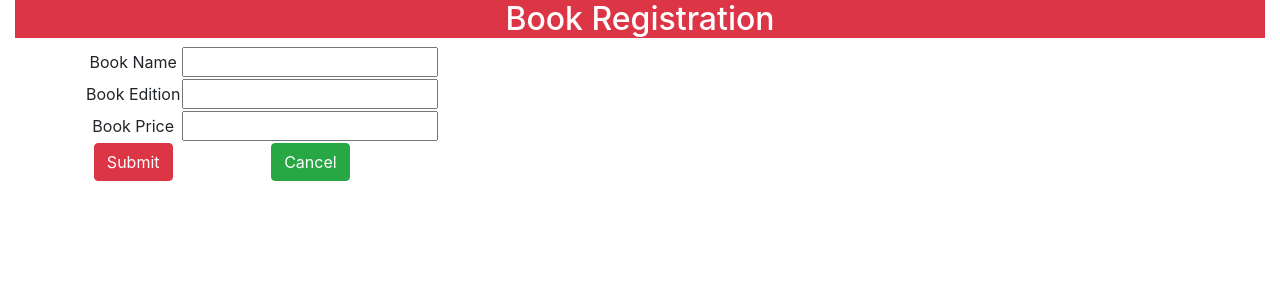
Repository: meriam0000/servlet
Page: BookWebApp/src/main/webapp/Home.html
An editor plug-in stored every save of this project. The page is shown before and after the next save, followed by the edit.
The browser window is 1280 px wide. The pictures show the whole page.

Above is the page before, as saved 2024-02-12 20:32:52.

### BookWebApp/src/main/webapp/Home.html
<!DOCTYPE html>
<html>
<head>
<meta charset="UTF-8">
<title>Book Registration</title>
<link rel="stylesheet"  href="css/bootstrap.css ">
</head>
<body class="container-fluid">
<h2 class="bg-danger text-white text-center">Book Registration </h2>
<form action="register" method="post" class="container text-center">
<table>
<tr>
<td>
Book Name

</td>
<td>
<input type="text" name="bookName">
</td>
</tr>
<tr>
<td>
Book Edition
</td>
<td>
<input type="text" name="bookEdition">
</td>
</tr>

<tr>
<td>
Book Price
</td>
<td>
<input type="text" name="bookPrice">
</td>
</tr>

<tr>
<td><button type ="submit"  class="btn btn-danger"> Submit</button></td>
<td><button type="reset" class="btn btn-success" > Cancel</button></td>
</tr>

</table>


</form>
</body>
</html>

Loaded but not shown: BookWebApp/src/main/webapp/css/bootstrap.css (library)

After the next save:
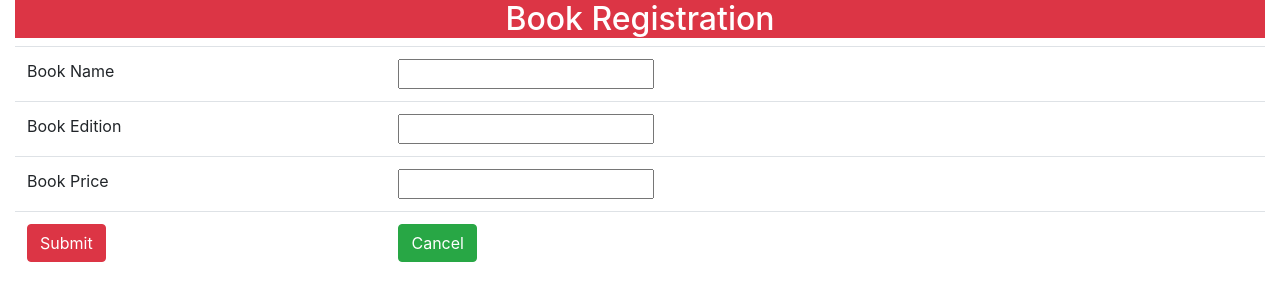
Saved 31 s later.
--- a/BookWebApp/src/main/webapp/Home.html
+++ b/BookWebApp/src/main/webapp/Home.html
@@ -7,8 +7,8 @@
 </head>
 <body class="container-fluid">
 <h2 class="bg-danger text-white text-center">Book Registration </h2>
-<form action="register" method="post" class="container text-center">
-<table>
+<form action="register" method="post" >
+<table class="table">
 <tr>
 <td>
 Book Name
